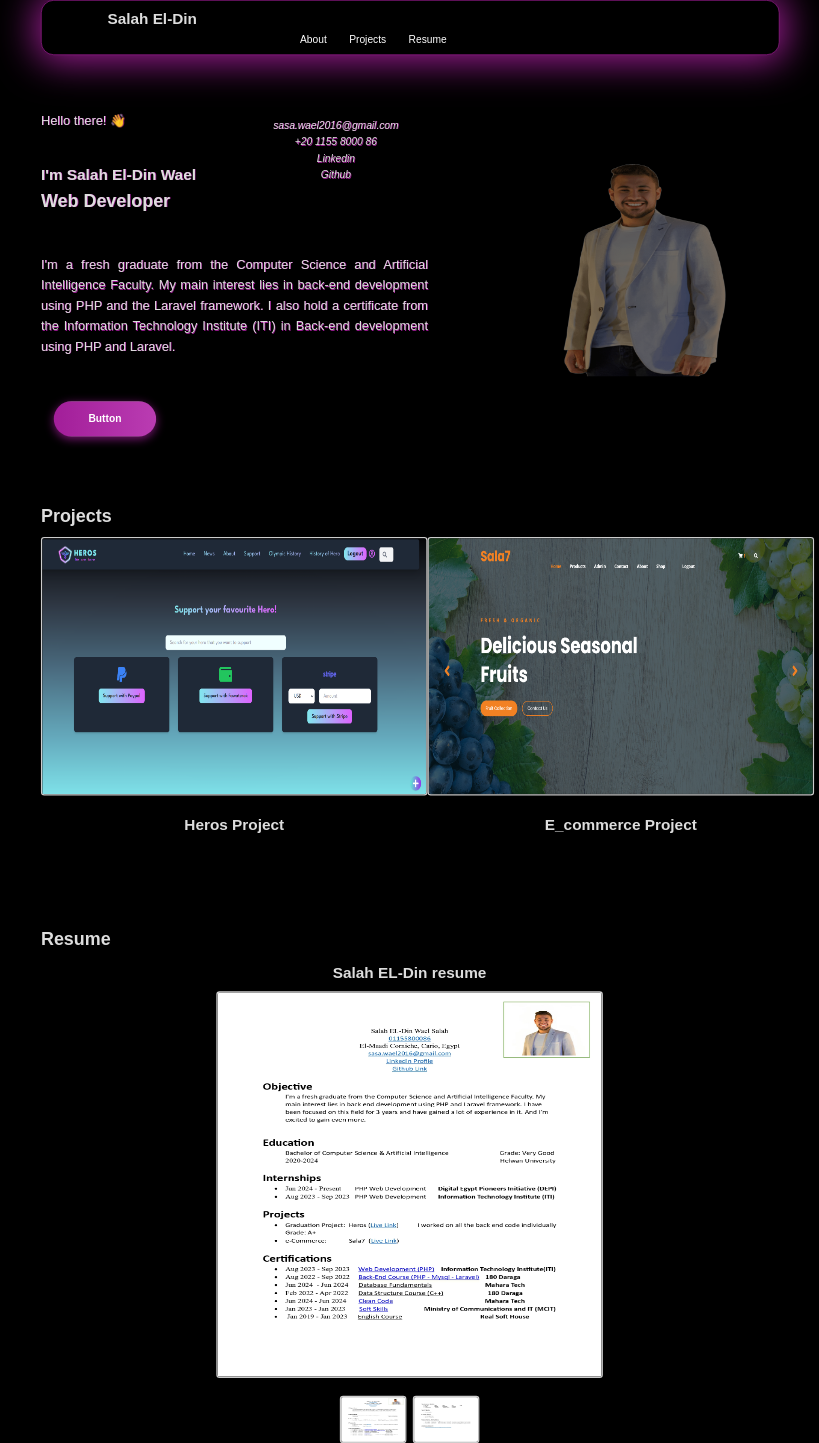
Repository: Salah-Wael/Salah-EL-Din-Portfolio
Page: index.html
These files come from the project's save history. The page is drawn as it stood at one moment and after the next save; the edit follows.
The browser window is 1280 px wide. The pictures show the whole page, at 64% of full size.

Above is the page before, as saved 2024-07-28 04:04:46.

After the next save:
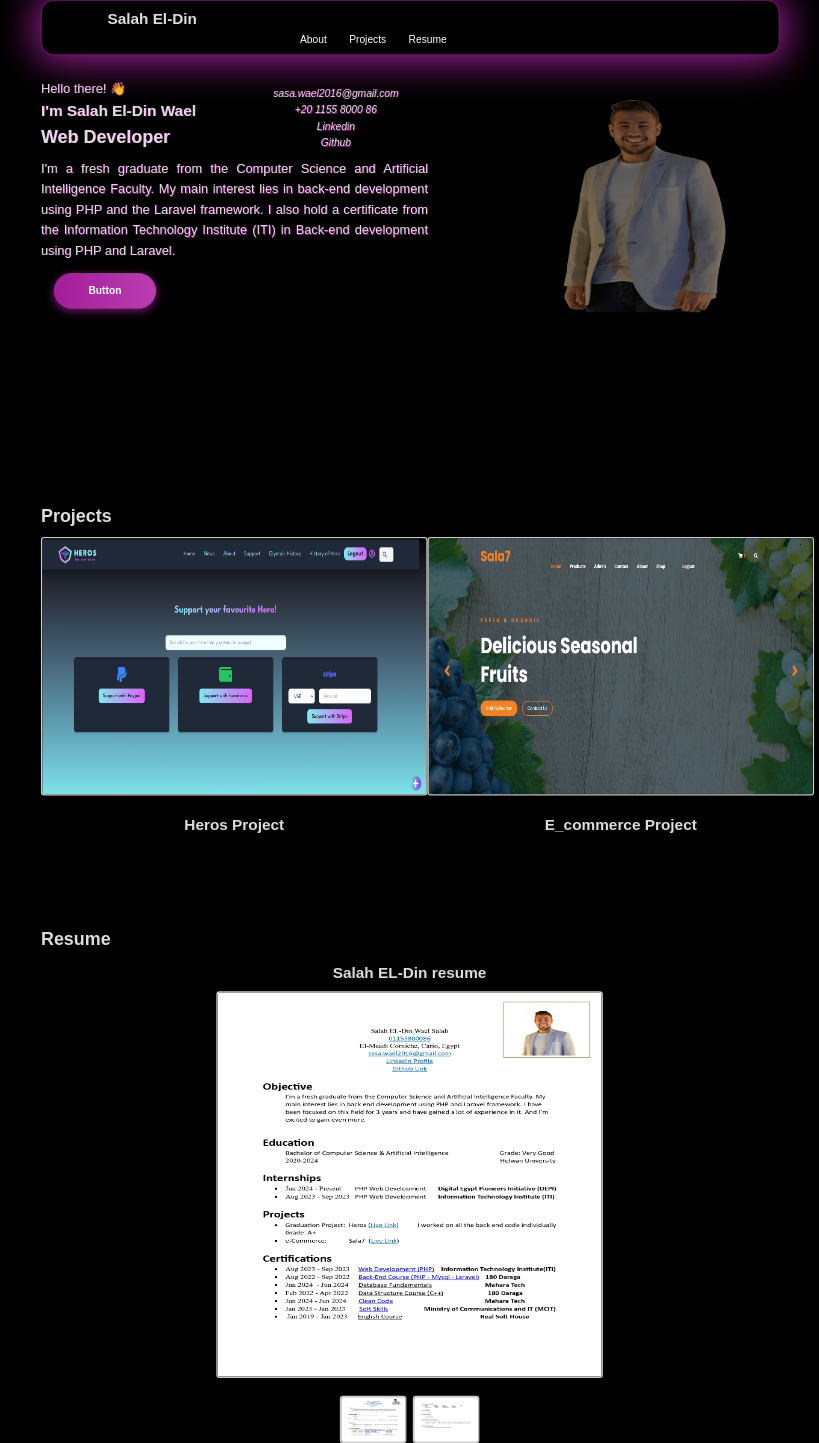
Saved 18 s later.
--- a/style.css
+++ b/style.css
@@ -119,7 +119,7 @@ section p {
   width: 45%;
 }
 
-.content p{
+.content .disc{
   margin: 50px 0;
 }
 
